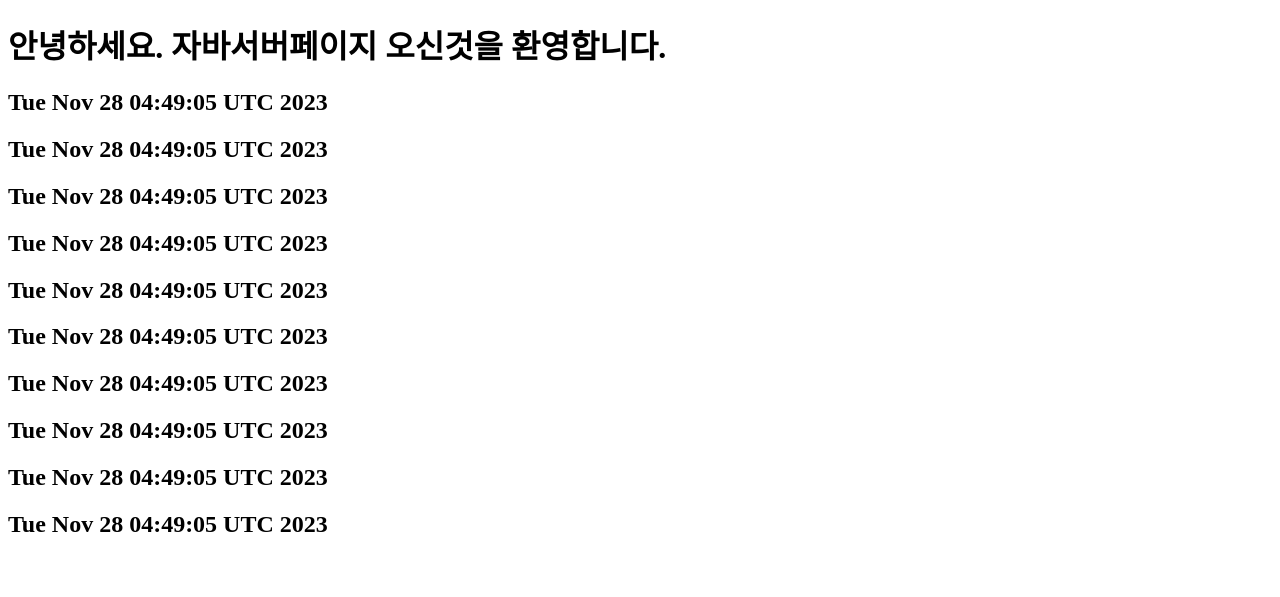
Repository: bjkim247/webproject
Page: http://localhost/jsptest/welcome.jsp
These files come from the project's save history. The page is drawn as it stood at one moment and after the next save; the edit follows.
The browser window is 1280 px wide. The pictures show the whole page.
The page is served by Tomcat 10.

Above is the page before, as saved 2023-11-28 05:22:44.

After the next save:
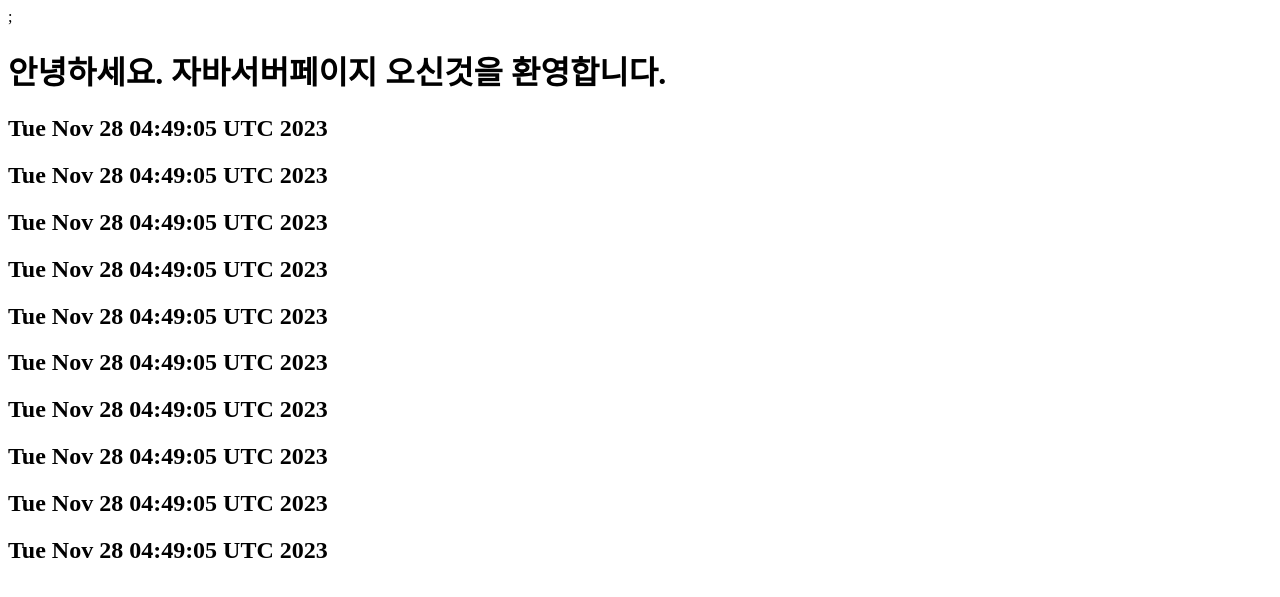
Saved 43 s later.
--- a/webproject/jsptest/src/main/webapp/welcome.jsp
+++ b/webproject/jsptest/src/main/webapp/welcome.jsp
@@ -9,7 +9,7 @@
 <%
 	Date date = new Date();
 	 String displayDate = date.toString();
-%>
+%>;
 </head>
 <body>
 	<h1>안녕하세요. 자바서버페이지 오신것을 환영합니다.</h1>

After the save that followed:
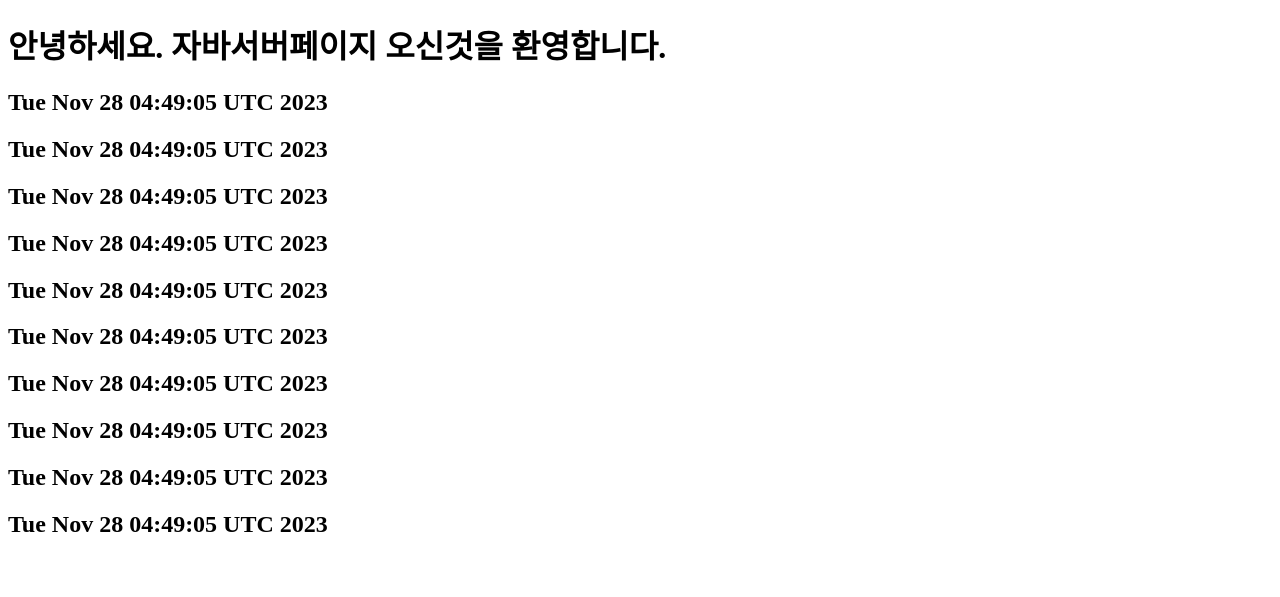
Saved 38 s later.
--- a/webproject/jsptest/src/main/webapp/welcome.jsp
+++ b/webproject/jsptest/src/main/webapp/welcome.jsp
@@ -9,7 +9,7 @@
 <%
 	Date date = new Date();
 	 String displayDate = date.toString();
-%>;
+%>
 </head>
 <body>
 	<h1>안녕하세요. 자바서버페이지 오신것을 환영합니다.</h1>
